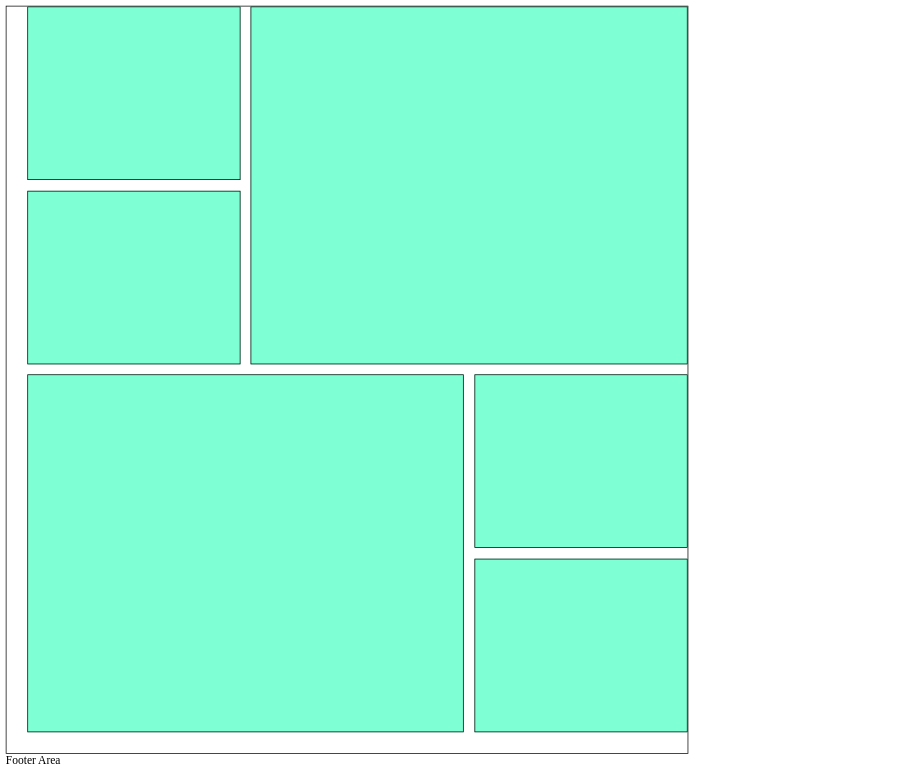
Repository: BwesewB/Brutalist-Website
Page: /
These files come from the project's save history. The page is drawn as it stood at one moment and after the next save; the edit follows.
The browser window is 1280 px wide. The pictures show the whole page, at 72% of full size.
The project was rebuilt for these pictures with package versions that can differ from the ones it lists, and the page was loaded fresh each time. The framework's server and built-in components were replaced by stand-ins that run in the browser. Also part of the build but not shown: next.config.mjs.

Above is the page before, as saved 2024-02-03 17:09:12.

After the next save:
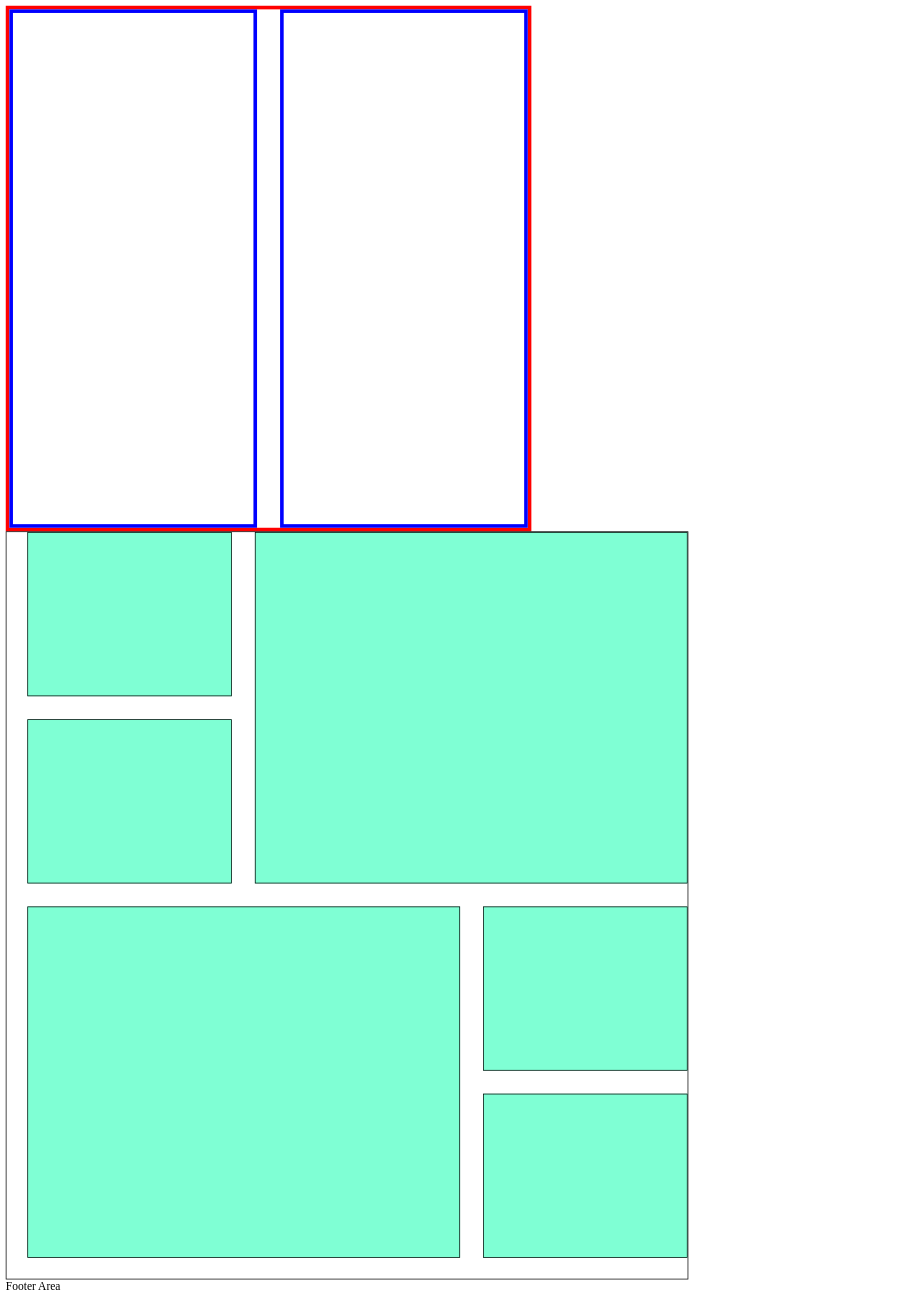
Saved 3 min 14 s later.
--- a/styles/Home.module.css
+++ b/styles/Home.module.css
@@ -17,13 +17,21 @@
 </div> */
 
 .titlePage{
-
+  height:100vh;
+  width:100vh;
+  grid-column: span 4;
+  border: 5px solid red;
+  display:grid;
+  grid-template-columns: repeat(2, 1fr);
+  gap:2rem;
 }
 .graphic{
-
+  grid-column: 1/2;
+  border: 5px solid blue;
 }
 .inputArea{
-
+  grid-column: 2/3;
+  border: 5px solid blue;
 }
 
 /*---------------------------------------------------------------------------------------------------------*/
@@ -33,7 +41,7 @@
   display: grid;
   grid-template-columns: repeat(3, 1fr);
   grid-template-rows: repeat(4, 1fr);
-  gap: 2vh;
+  gap: 2rem;
   border: 1px solid black;
   height:140vh;
   padding-left: 4vh;
